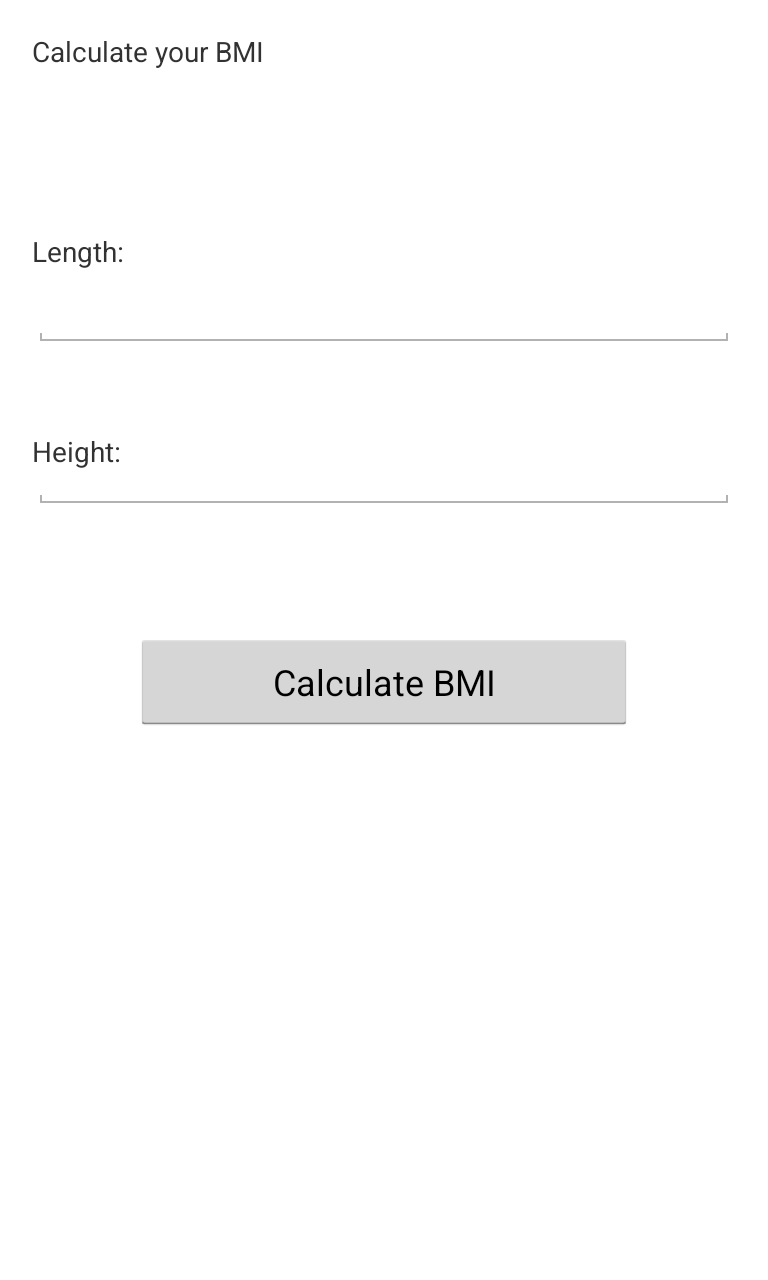
Repository: me222rs/AndroidLab1
Layout: BMI/res/layout/activity_main.xml
These files come from the project's save history. The layout is drawn as it stood at one moment and after the next save; the edit follows.
It is drawn on a 768 x 1280 px phone screen (xhdpi) without system bars, with theme AppTheme; the app's code is not run.

Above is the layout before, as saved 2014-11-17 10:38:30.

### BMI/res/layout/activity_main.xml
<RelativeLayout xmlns:android="http://schemas.android.com/apk/res/android"
    xmlns:tools="http://schemas.android.com/tools"
    android:layout_width="match_parent"
    android:layout_height="match_parent"
    android:paddingBottom="@dimen/activity_vertical_margin"
    android:paddingLeft="@dimen/activity_horizontal_margin"
    android:paddingRight="@dimen/activity_horizontal_margin"
    android:paddingTop="@dimen/activity_vertical_margin"
    tools:context="com.example.bmi.MainActivity" >

    <TextView
        android:layout_width="wrap_content"
        android:layout_height="wrap_content"
        android:text="Calculate your BMI" />

        <TextView
        android:id="@+id/lengthLabel"
        android:layout_width="wrap_content"
        android:layout_height="wrap_content"
        android:text="Length:"
        android:labelFor="@+id/length"
        android:layout_marginTop="100dp"/>


        <EditText android:id="@+id/length"
        android:layout_below="@id/lengthLabel"
        android:inputType="number"
		android:layout_width="match_parent"
		android:layout_height="wrap_content"
 />


        <TextView
        android:id="@+id/heightLabel"
        android:layout_width="wrap_content"
        android:layout_height="wrap_content"
        android:text="Height:"
        android:labelFor="@+id/height"
        android:layout_marginTop="200dp"/>

        <EditText android:id="@+id/weight"
        android:inputType="number"
		android:layout_width="match_parent"
		android:layout_height="wrap_content"
		android:layout_marginTop="200dp" />


        <Button android:id="@+id/bmi_button"
        android:layout_centerHorizontal="true"
    	android:layout_height="50dp"
     	android:layout_width="250dp"
     	android:layout_marginTop="300dp"
        android:layout_gravity="center"
        android:text="Calculate BMI" />

</RelativeLayout>

Loaded but not shown: BMI/res/values/styles.xml (common file); BMI/res/values-v11/styles.xml (common file); BMI/res/values-v14/styles.xml (common file); BMI/res/values/dimens.xml (common file); BMI/res/values-w820dp/dimens.xml (common file)

After the next save:
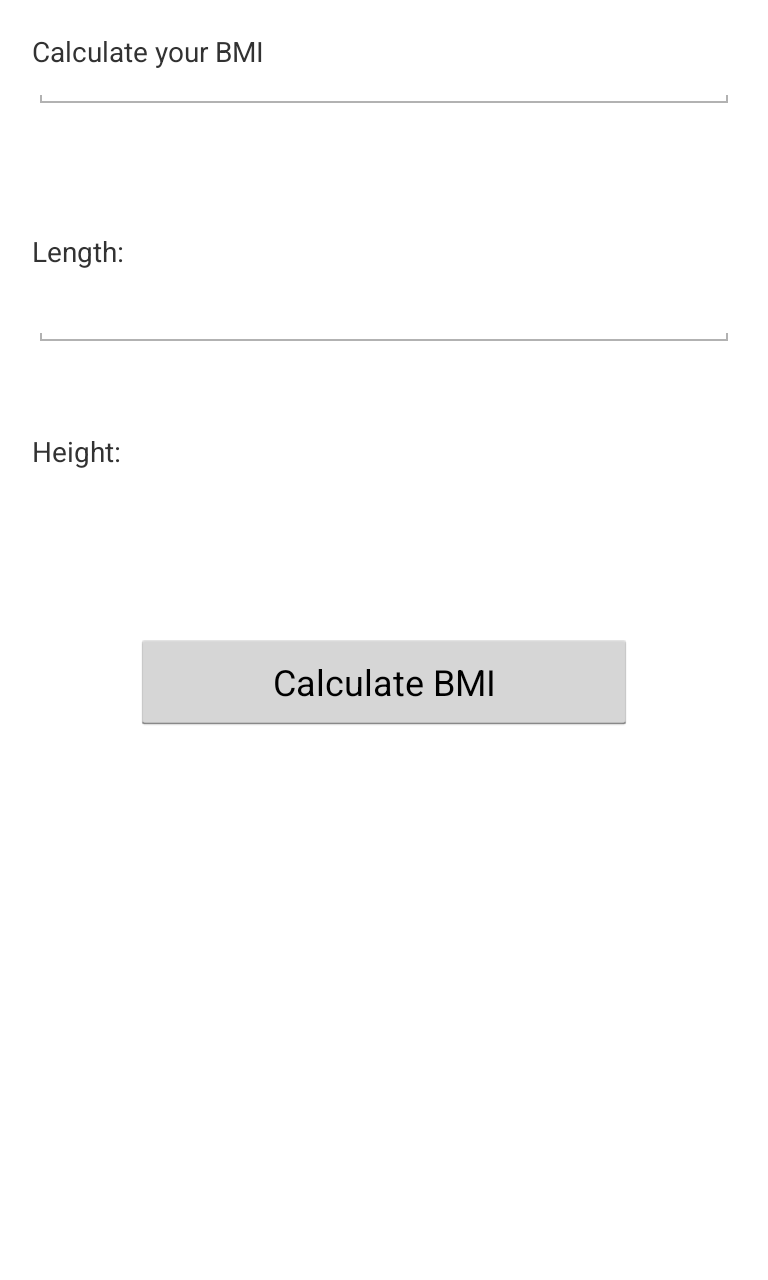
Saved 8 s later.
--- a/BMI/res/layout/activity_main.xml
+++ b/BMI/res/layout/activity_main.xml
@@ -41,8 +41,7 @@
         <EditText android:id="@+id/weight"
         android:inputType="number"
 		android:layout_width="match_parent"
-		android:layout_height="wrap_content"
-		android:layout_marginTop="200dp" />
+		android:layout_height="wrap_content"/>
 
 
         <Button android:id="@+id/bmi_button"
